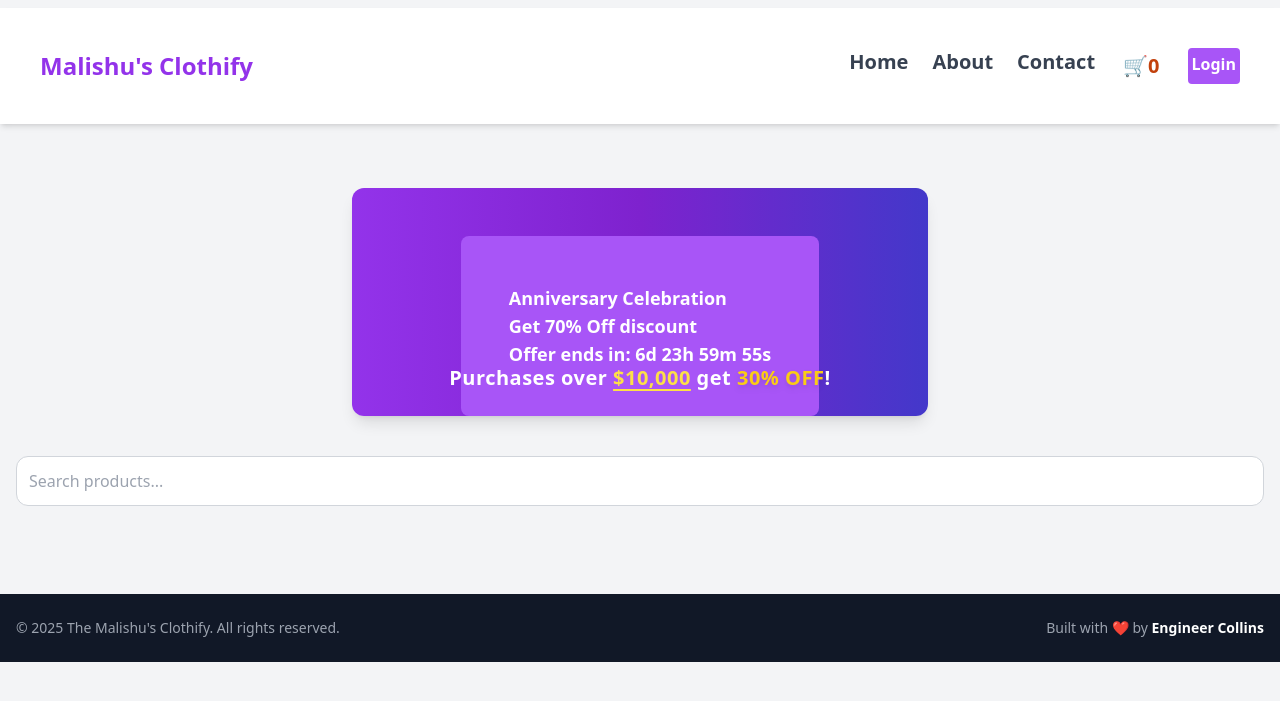
Repository: Engineer-collo/Modern-Ecommerce-Application
Page: /
The author's editor kept a copy of each file at every save. The page is drawn from the files as they stood at one save, then again after the next save.
The browser window is 1280 px wide. The pictures show the whole page.
The page's requests for data from a server got no answer. The project was rebuilt for these pictures with package versions that can differ from the ones it lists, and the page was loaded fresh each time. No one was signed in, and anything a server would have sent is missing. Also part of the build but not shown: vite.config.js, src/components/SignupForm.jsx, src/components/LoginForm.jsx, src/components/ProductCard.jsx, src/components/Contact.jsx, src/components/About.jsx, src/components/Cart.jsx.

Above is the page before, as saved 2025-05-23 16:29:31.

### index.html
<!DOCTYPE html>
<html lang="en">
<head>
  <meta charset="UTF-8">
  <meta name="viewport" content="width=device-width, initial-scale=1.0">
  <title>Ecommerce</title>
</head>
<body class="bg-gray-100">
  <div id="root"></div>
  <script type="module" src="/src/main.jsx"></script>
</body>
</html>

### src/main.jsx
import React from 'react'
import ReactDOM from 'react-dom/client'
import './index.css'
import App from './App'

ReactDOM.createRoot(document.getElementById('root')).render(
  <React.StrictMode>
    <App />
  </React.StrictMode>,
)

### src/App.jsx
import { BrowserRouter as Router, Routes, Route } from 'react-router-dom';
import { useEffect, useState } from 'react';
import Footer from './components/Footer';
import Navbar from './components/Navbar';
import SignupForm from './components/SignupForm';
import LoginForm from './components/LoginForm';
import ProductFeed from './components/ProductFeed';
import Contact from './components/Contact';
import About from './components/About';
import Cart from './components/Cart';

import {
  showSuccessToast,
  ToastContainerWrapper,
} from './components/Toast';

function App() {
  const [cart, setCart] = useState([]);
  const [cartLoaded, setCartLoaded] = useState(false);

  // Load cart from localStorage
  useEffect(() => {
    const storedCart = localStorage.getItem("cart");
    if (storedCart) {
      try {
        setCart(JSON.parse(storedCart));
      } catch (error) {
        console.error("Failed to parse cart from localStorage:", error);
      }
    }
    setCartLoaded(true);
  }, []);

  // Save cart to localStorage when updated
  useEffect(() => {
    if (cartLoaded) {
      localStorage.setItem("cart", JSON.stringify(cart));
    }
  }, [cart, cartLoaded]);

  const addToCart = (product) => {
    setCart(prevCart => {
      const existing = prevCart.find(item => item.id === product.id);
      if (existing) {
        return prevCart.map(item =>
          item.id === product.id
            ? { ...item, quantity: item.quantity + 1 }
            : item
        );
      } else {
        return [...prevCart, { ...product, quantity: 1 }];
      }
    });
    showSuccessToast("Added to cart!");
  };

  const removeFromCart = (product) => {
    setCart(prevCart =>
      prevCart
        .map(item =>
          item.id === product.id
            ? { ...item, quantity: item.quantity - 1 }
            : item
        )
        .filter(item => item.quantity > 0)
    );
    showSuccessToast("Removed from cart!");
  };

  return (
    <Router>
      <Navbar cart={cart} />
      <Routes>
        <Route
          path="/"
          element={
            <ProductFeed
              addToCart={addToCart}
              showSuccessToast={showSuccessToast}
              cart={cart}
            />
          }
        />
        <Route
          path="/cart"
          element={
            <Cart
              cart={cart}
              removeFromCart={removeFromCart}
            />
          }
        />
        <Route path="/login" element={<LoginForm />} />
        <Route path="/signup" element={<SignupForm />} />
        <Route path="/about" element={<About />} />
        <Route path="/contact" element={<Contact showSuccessToast={showSuccessToast} />} />
      </Routes>
      <ToastContainerWrapper />
      <Footer />
    </Router>
  );
}

export default App;

### src/components/Footer.jsx
const Footer = () => {
    return(
        <>
        <footer className="bg-gray-900 text-white py-6 mt-12">
  <div className="max-w-7xl mx-auto px-4 flex flex-col md:flex-row justify-between items-center space-y-4 md:space-y-0">
    <p className="text-sm text-gray-400">
      &copy; {new Date().getFullYear()} The Malishu's Clothify.  All rights reserved.
    </p>
    <p className="text-sm text-gray-400">
      Built with ❤️ by <span className="text-white font-semibold">Engineer Collins</span>
    </p>


  </div>
</footer>

        </>
    )
}

export default Footer

### src/components/Navbar.jsx
import React, { useState } from "react";
import { Link } from "react-router-dom";

const Navbar = ({ cart = [] }) => {
  const [isOpen, setIsOpen] = useState(false);

  const toggleMenu = () => setIsOpen(!isOpen);

  return (
    <header className="mt-2 bg-white shadow-md">
      <div className="max-w-7xl mx-auto px-10 py-10 flex flex-col md:flex-row md:justify-between md:items-center">
        <div className="flex justify-between items-center">
          <h1 className="text-2xl font-bold text-gray-800">
            <Link
              to="/"
              className="hover:text-blue-500 text-gray-700 transition"
            >
              <span className="text-purple-600">Malishu's Clothify</span>
            </Link>
          </h1>

          <div className="md:hidden">
            <button
              onClick={toggleMenu}
              className="text-gray-700 focus:outline-none"
            >
              <svg
                className="h-6 w-6"
                fill="none"
                stroke="currentColor"
                strokeWidth="2"
                viewBox="0 0 24 24"
              >
                <path
                  strokeLinecap="round"
                  strokeLinejoin="round"
                  d={
                    isOpen
                      ? "M6 18L18 6M6 6l12 12"
                      : "M4 6h16M4 12h16M4 18h16"
                  }
                />
              </svg>
            </button>
          </div>
        </div>

        {/* Removed search input here */}

        {/* Desktop nav */}
        <nav className="space-x-6 hidden md:flex">
          <Link
            to="/"
            className="text-xl hover:text-blue-500 font-bold text-gray-700 transition"
          >
            Home
          </Link>
          <Link
            to="/about"
            className="text-xl hover:text-blue-500 font-bold text-gray-700 transition"
          >
            About
          </Link>
          <Link
            to="/contact"
            className="text-xl hover:text-blue-500 font-bold text-gray-700 transition"
          >
            Contact
          </Link>
          <Link
            to="/cart"
            className="text-xl rounded p-1 font-bold text-orange-700 transition"
          >
            🛒<span>{cart.length}</span>
          </Link>
          <Link
            to="/login"
            className="rounded p-1 bg-purple-500 font-bold text-white transition"
          >
            Login
          </Link>
        </nav>
      </div>

      {/* Mobile nav */}
      {isOpen && (
        <nav className="md:hidden px-4 pb-4 space-y-2">
          <nav className="md:hidden px-4 py-4 flex flex-col space-y-4 bg-white shadow-inner">
            <Link
              to="/"
              className="text-2xl font-bold text-gray-700 hover:text-blue-500 transition"
            >
              Home
            </Link>
            <Link
              to="/about"
              className="text-2xl font-bold text-gray-700 hover:text-blue-500 transition"
            >
              About
            </Link>
            <Link
              to="/contact"
              className="text-2xl font-bold text-gray-700 hover:text-blue-500 transition"
            >
              Contact
            </Link>
            <Link
              to="/cart"
              className="text-2xl font-bold text-orange-700 hover:text-orange-500 transition"
            >
              🛒 {cart.length}
            </Link>
            <Link
              to="/login"
              className="text-center text-2xl font-bold bg-purple-500 text-white px-3 py-2 rounded transition"
            >
              Login
            </Link>
          </nav>
        </nav>
      )}
    </header>
  );
};

export default Navbar;

### src/components/ProductFeed.jsx
import React, { useEffect, useState } from "react";
import ProductCard from "./ProductCard";
import OfferCountdown from "./OfferCountdown";

const ProductFeed = ({ addToCart }) => {
  const [products, setProducts] = useState([]);
  const [searchTerm, setSearchTerm] = useState("");

  useEffect(() => {
    fetch("https://fakestoreapi.com/products")
      .then((res) => res.json())
      .then((data) => setProducts(data))
      .catch((err) => console.error("Failed to fetch products:", err));
  }, []);

  const filteredProducts = products.filter((product) =>
    product.title.toLowerCase().includes(searchTerm.toLowerCase())
  );

  return (
    <>
      <div className="mt-12 p-4 max-w-7xl mx-auto">
        {/* Modern styled offer card */}
        <div className="mb-10 p-6 rounded-xl shadow-lg bg-gradient-to-r from-purple-600 via-purple-700 to-indigo-700 text-white max-w-xl mx-auto">
          <OfferCountdown />
          <p className="mt-6 text-center text-lg sm:text-xl font-semibold tracking-wide">
            Purchases over{" "}
            <span className="text-yellow-300 underline decoration-yellow-300 underline-offset-4">
              $10,000
            </span>{" "}
            get{" "}
            <span className="text-yellow-400 font-extrabold drop-shadow-md">
              30% OFF
            </span>
            !
          </p>
        </div>

        {/* Search input */}
        <input
          type="text"
          placeholder="Search products..."
          value={searchTerm}
          onChange={(e) => setSearchTerm(e.target.value)}
          className="mb-6 p-3 w-full border border-gray-300 rounded-xl focus:outline-none focus:ring-4 focus:ring-purple-500 focus:border-transparent transition"
        />

        {/* Products grid */}
        <div className="grid grid-cols-2 md:grid-cols-3 lg:grid-cols-4 gap-6">
          {filteredProducts.map((product) => (
            <ProductCard
              key={product.id}
              product={product}
              addToCart={addToCart}
            />
          ))}
        </div>
      </div>
    </>
  );
};

export default ProductFeed;

### src/components/Toast.jsx
// src/components/Toast.js
import { toast, ToastContainer } from 'react-toastify';
import 'react-toastify/dist/ReactToastify.css';

// Toast functions
export const showSuccessToast = (message) =>
  toast.success(message, {
    className: 'bg-green-100 text-green-800 border border-green-300 rounded p-4',
    bodyClassName: 'text-sm',
    progressClassName: 'bg-green-500',
  });

export const showErrorToast = (message) =>
  toast.error(message, {
    className: 'bg-red-100 text-red-800 border border-red-300 rounded p-4',
    bodyClassName: 'text-sm',
    progressClassName: 'bg-red-500',
  });

export const showInfoToast = (message) =>
  toast.info(message, {
    className: 'bg-blue-100 text-blue-800 border border-blue-300 rounded p-4',
    bodyClassName: 'text-sm',
    progressClassName: 'bg-blue-500',
  });

export const showWarningToast = (message) =>
  toast.warn(message, {
    className: 'bg-yellow-100 text-yellow-800 border border-yellow-300 rounded p-4',
    bodyClassName: 'text-sm',
    progressClassName: 'bg-yellow-500',
  });

// Toast container
export const ToastContainerWrapper = () => (
  <ToastContainer position="top-center" autoClose={2000} />
);

### src/components/OfferCountdown.jsx
import React, { useState, useEffect, useRef } from 'react';

const OfferCountdown = () => {
  const offerEndsAt = useRef(new Date(Date.now() + 7 * 24 * 60 * 60 * 1000)); // 1 week from now

  const calculateTimeLeft = () => {
    const now = new Date();
    const difference = offerEndsAt.current - now;

    if (difference <= 0) return null;

    return {
      days: Math.floor(difference / (1000 * 60 * 60 * 24)),
      hours: Math.floor((difference / (1000 * 60 * 60)) % 24),
      minutes: Math.floor((difference / (1000 * 60)) % 60),
      seconds: Math.floor((difference / 1000) % 60),
    };
  };

  const [timeLeft, setTimeLeft] = useState(calculateTimeLeft());

  useEffect(() => {
    const timer = setInterval(() => {
      const updated = calculateTimeLeft();
      setTimeLeft(updated);
    }, 1000);

    return () => clearInterval(timer); // cleanup
  }, []);

  if (!timeLeft) {
    return <div className=" text-red-500 font-semibold">Offer expired!</div>;
  }

  return (
    <div className="grid place-items-center h-32">
    <div className="bg-purple-500 text-white p-12 rounded-lg mt-6 text-lg font-bold text-green-700">
      <h1>Anniversary Celebration</h1>
      <h1>  Get 70% Off discount    </h1>
      Offer ends in: {timeLeft.days}d {timeLeft.hours}h {timeLeft.minutes}m {timeLeft.seconds}s
    </div>
  </div>

  );
};

export default OfferCountdown;

Loaded but not shown: src/index.css (common file); tailwind.config.js (common file)

After the next save:
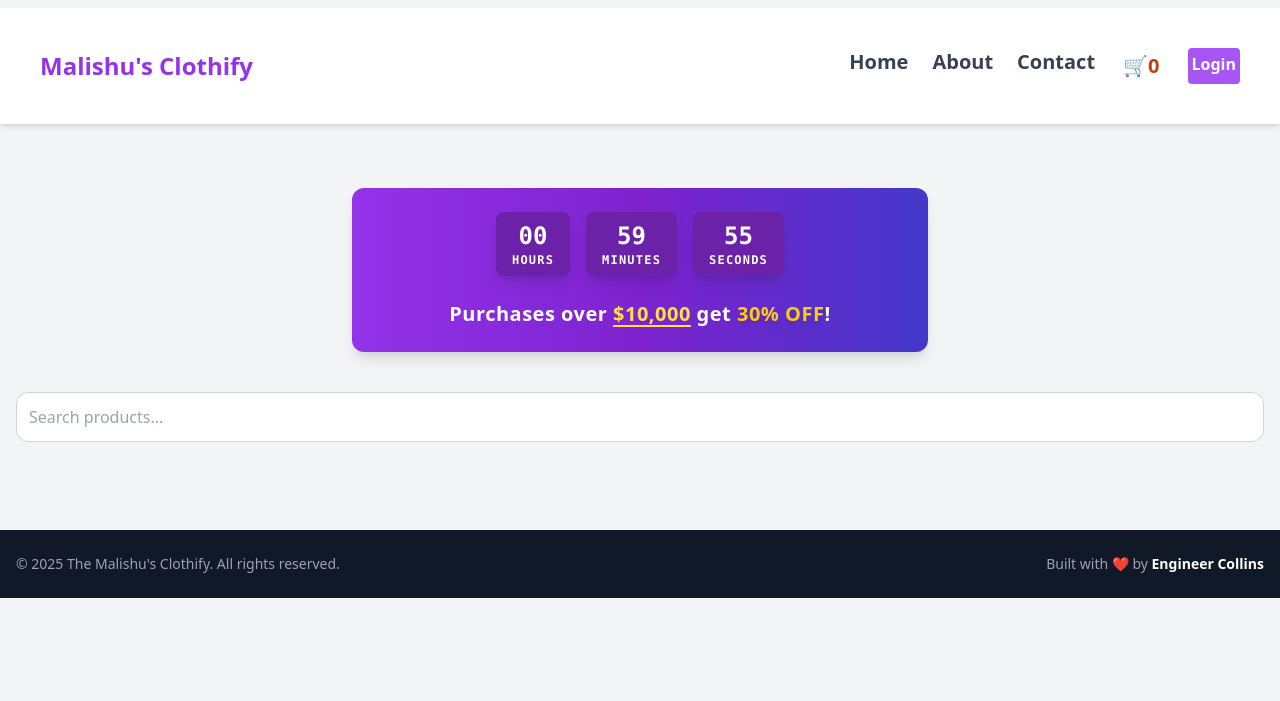
Saved 3 min 13 s later.
--- a/src/components/OfferCountdown.jsx
+++ b/src/components/OfferCountdown.jsx
@@ -1,46 +1,59 @@
-import React, { useState, useEffect, useRef } from 'react';
+import React, { useEffect, useState } from "react";
 
 const OfferCountdown = () => {
-  const offerEndsAt = useRef(new Date(Date.now() + 7 * 24 * 60 * 60 * 1000)); // 1 week from now
-
-  const calculateTimeLeft = () => {
-    const now = new Date();
-    const difference = offerEndsAt.current - now;
-
-    if (difference <= 0) return null;
-
-    return {
-      days: Math.floor(difference / (1000 * 60 * 60 * 24)),
-      hours: Math.floor((difference / (1000 * 60 * 60)) % 24),
-      minutes: Math.floor((difference / (1000 * 60)) % 60),
-      seconds: Math.floor((difference / 1000) % 60),
-    };
-  };
-
-  const [timeLeft, setTimeLeft] = useState(calculateTimeLeft());
+  const [timeLeft, setTimeLeft] = useState({
+    hours: "00",
+    minutes: "00",
+    seconds: "00",
+  });
 
   useEffect(() => {
-    const timer = setInterval(() => {
-      const updated = calculateTimeLeft();
-      setTimeLeft(updated);
-    }, 1000);
+    // Set target time 1 hour from now (you can customize)
+    const targetTime = new Date();
+    targetTime.setHours(targetTime.getHours() + 1);
 
-    return () => clearInterval(timer); // cleanup
+    const updateCountdown = () => {
+      const now = new Date();
+      const diff = targetTime - now;
+
+      if (diff <= 0) {
+        setTimeLeft({ hours: "00", minutes: "00", seconds: "00" });
+        return;
+      }
+
+      const hours = Math.floor(diff / (1000 * 60 * 60));
+      const minutes = Math.floor((diff / (1000 * 60)) % 60);
+      const seconds = Math.floor((diff / 1000) % 60);
+
+      setTimeLeft({
+        hours: hours.toString().padStart(2, "0"),
+        minutes: minutes.toString().padStart(2, "0"),
+        seconds: seconds.toString().padStart(2, "0"),
+      });
+    };
+
+    // Update immediately and then every second
+    updateCountdown();
+    const interval = setInterval(updateCountdown, 1000);
+
+    return () => clearInterval(interval);
   }, []);
 
-  if (!timeLeft) {
-    return <div className=" text-red-500 font-semibold">Offer expired!</div>;
-  }
-
   return (
-    <div className="grid place-items-center h-32">
-    <div className="bg-purple-500 text-white p-12 rounded-lg mt-6 text-lg font-bold text-green-700">
-      <h1>Anniversary Celebration</h1>
-      <h1>  Get 70% Off discount    </h1>
-      Offer ends in: {timeLeft.days}d {timeLeft.hours}h {timeLeft.minutes}m {timeLeft.seconds}s
+    <div className="flex justify-center space-x-4 text-white text-xl sm:text-2xl font-semibold font-mono select-none">
+      <div className="flex flex-col items-center bg-purple-800 rounded-lg px-4 py-2 shadow-lg min-w-[60px]">
+        <span>{timeLeft.hours}</span>
+        <span className="text-xs uppercase tracking-widest">Hours</span>
+      </div>
+      <div className="flex flex-col items-center bg-purple-800 rounded-lg px-4 py-2 shadow-lg min-w-[60px]">
+        <span>{timeLeft.minutes}</span>
+        <span className="text-xs uppercase tracking-widest">Minutes</span>
+      </div>
+      <div className="flex flex-col items-center bg-purple-800 rounded-lg px-4 py-2 shadow-lg min-w-[60px]">
+        <span>{timeLeft.seconds}</span>
+        <span className="text-xs uppercase tracking-widest">Seconds</span>
+      </div>
     </div>
-  </div>
-
   );
 };
 
